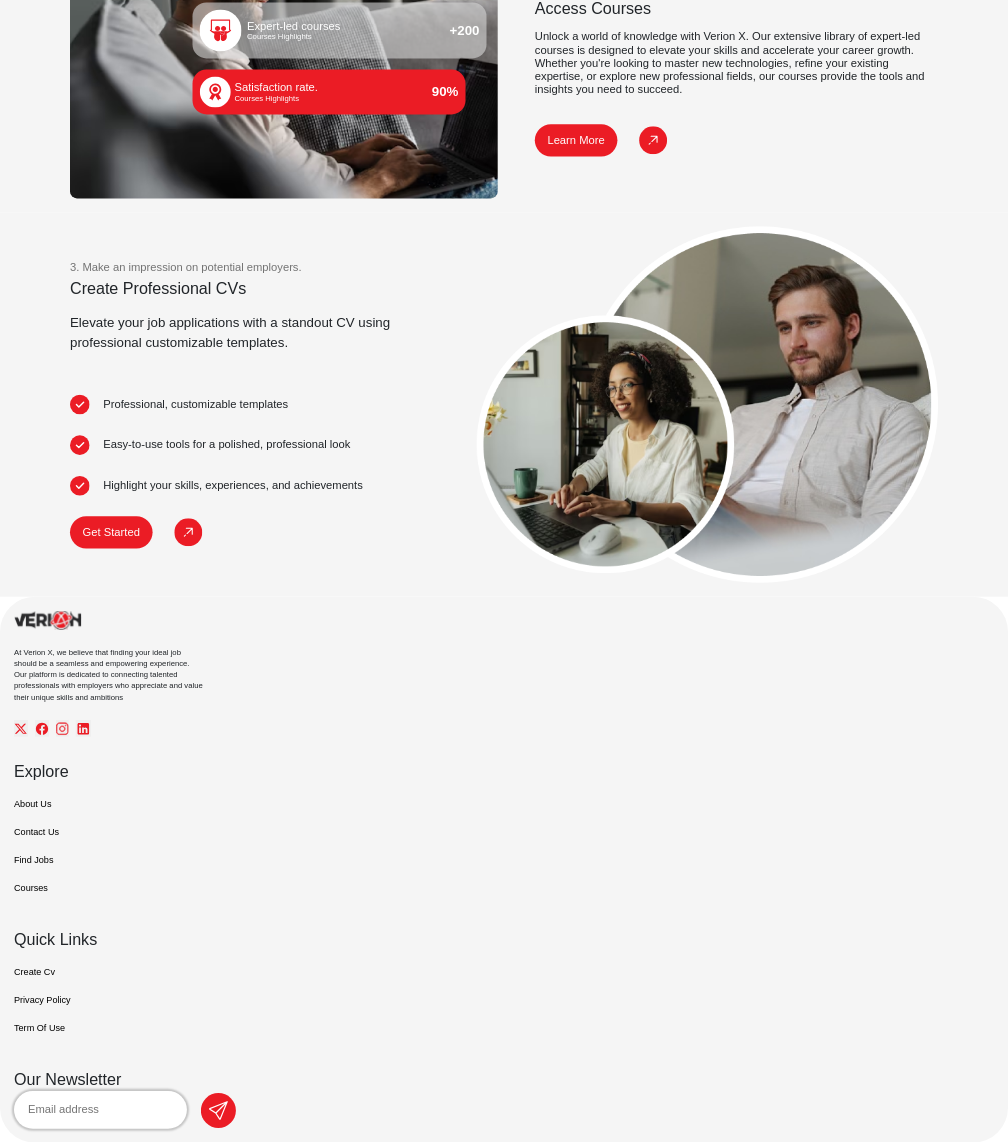
Repository: SahMenz/verionX
Page: /
The author's editor kept a copy of each file at every save. The page is drawn from the files as they stood at one save, then again after the next save.
The browser window is 1440 px wide. The pictures show the part of the page from y = 839 to 2559 px (the page is 2471 px tall before and 2559 px after), at 70% of full size.
The project was rebuilt for these pictures with package versions that can differ from the ones it lists, and the page was loaded fresh each time. Also part of the build but not shown: vite.config.js.

Above is the page before, as saved 2024-06-16 02:31:37.

After the next save:
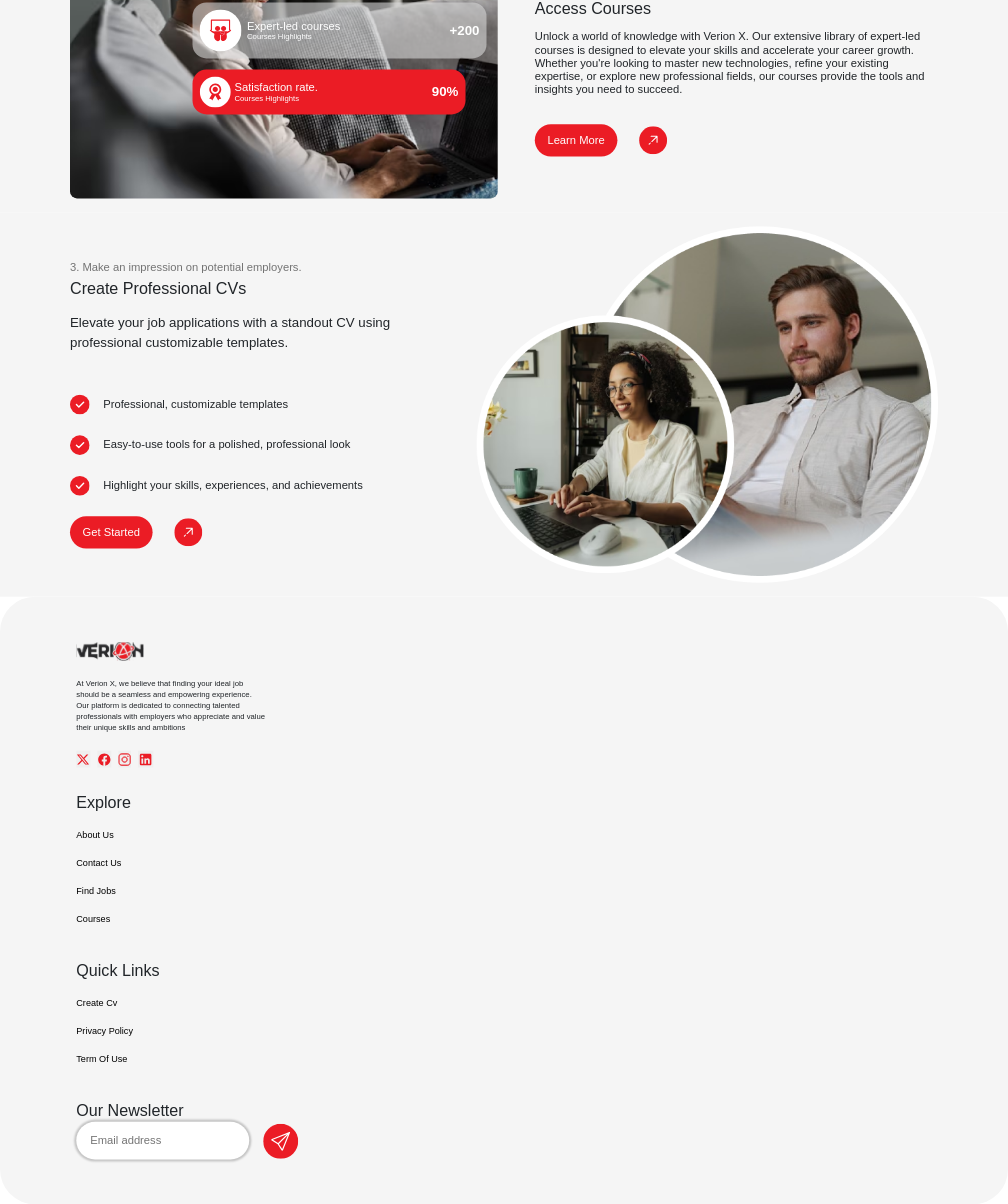
Saved 62 s later.
--- a/src/components/footer/footer.css
+++ b/src/components/footer/footer.css
@@ -2,6 +2,8 @@
     padding: 20px 20px;
 }
 
-@media (min-width:){
-
+@media (min-width:1400px){
+    .footerGeneral{
+        padding: 64px 109px
+    }
 }
